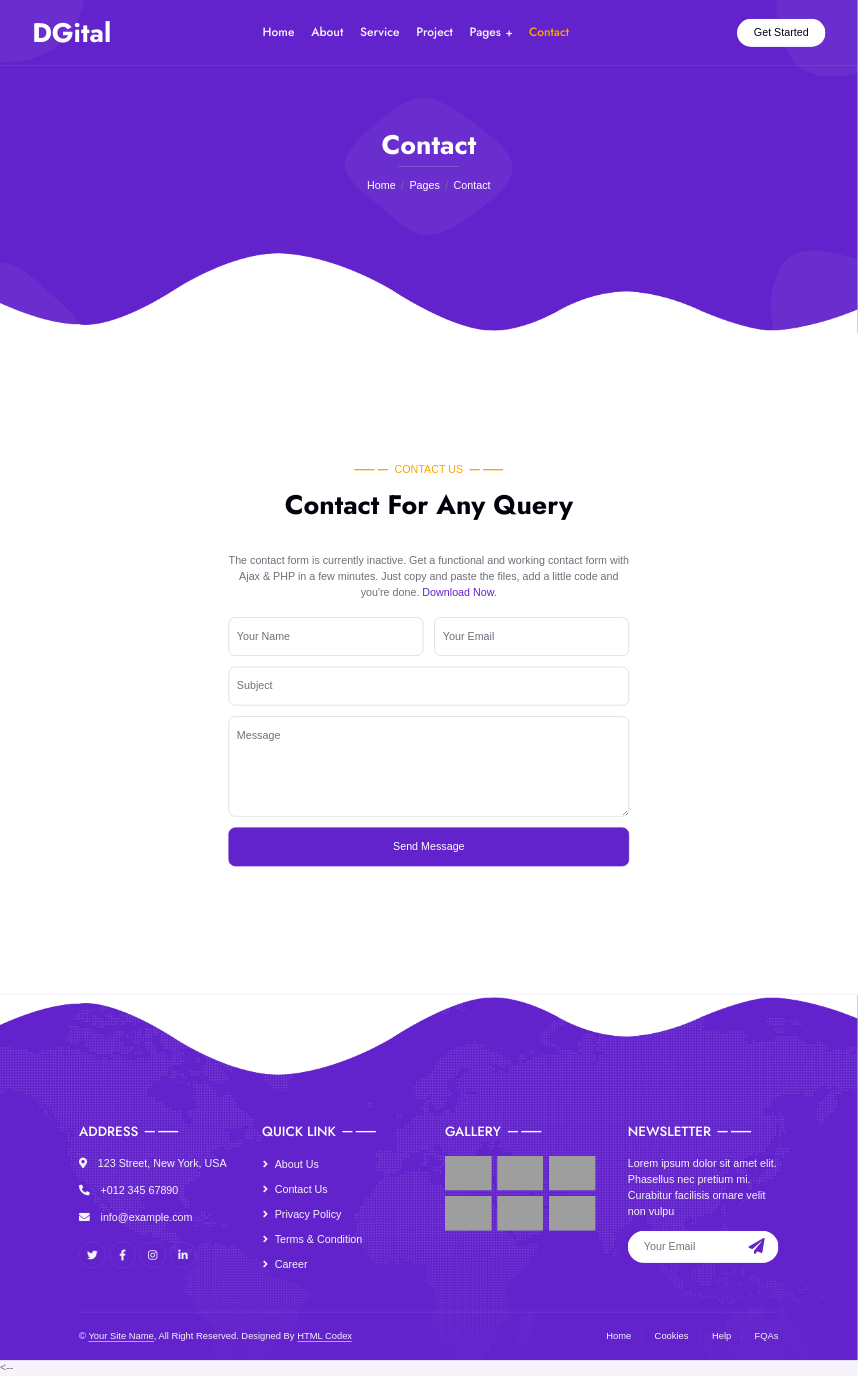
Repository: OluwajembolaO/AIcademia
Page: http://localhost/
An editor plug-in stored every save of this project. The page is shown before and after a run of saves, followed by the edit.
The browser window is 1280 px wide. The pictures show the whole page, at 67% of full size.
Pictures or frames that could not be fetched are drawn as grey boxes. Some web fonts or font styles are not loaded; a fallback is used. Some web libraries are served in a nearby version. The page is served by the project's application, run on Flask 3 (app.py).

Above is the page before, as saved 2024-07-20 14:06:07.

### templates/contact.html
<!DOCTYPE html>
<html lang="en">

<head>
    <meta charset="utf-8">
    <title>DGital - Digital Agency HTML Template</title>
    <meta content="width=device-width, initial-scale=1.0" name="viewport">
    <meta content="" name="keywords">
    <meta content="" name="description">

    <!-- Favicon -->
    <link href="img/favicon.ico" rel="icon">

    <!-- Google Web Fonts -->
    <link rel="preconnect" href="https://fonts.googleapis.com">
    <link rel="preconnect" href="https://fonts.gstatic.com" crossorigin>
    <link href="https://fonts.googleapis.com/css2?family=Heebo:wght@400;500&family=Jost:wght@500;600;700&display=swap" rel="stylesheet">

    <!-- Icon Font Stylesheet -->
    <link href="https://cdnjs.cloudflare.com/ajax/libs/font-awesome/5.10.0/css/all.min.css" rel="stylesheet">
    <link href="https://cdn.jsdelivr.net/npm/bootstrap-icons@1.4.1/font/bootstrap-icons.css" rel="stylesheet">

    <!-- Libraries Stylesheet -->
    <link href="{{ url_for('static', filename = 'css/lib/animate/animate.min.css')}}" rel="stylesheet">
    <link href="{{ url_for('static', filename = 'css/lib/owlcarousel/assets/owl.carousel.min.css')}}" rel="stylesheet">
    <link href="{{ url_for('static', filename = 'css/lib/lightbox/css/lightbox.min.css')}}" rel="stylesheet">

    <!-- Customized Bootstrap Stylesheet -->
    <link href="{{ url_for('static', filename = 'css/bootstrap.min.css') }}" rel="stylesheet">

    <!-- Template Stylesheet -->
    <link href="{{ url_for('static', filename = 'css/style.css')}}" rel="stylesheet">

</head>

<body>
    <div class="container-xxl bg-white p-0">
        <!-- Spinner Start -->
        <div id="spinner" class="show bg-white position-fixed translate-middle w-100 vh-100 top-50 start-50 d-flex align-items-center justify-content-center">
            <div class="spinner-grow text-primary" style="width: 3rem; height: 3rem;" role="status">
                <span class="sr-only">Loading...</span>
            </div>
        </div>
        <!-- Spinner End -->


        <!-- Navbar & Hero Start -->
        <div class="container-xxl position-relative p-0">
            <nav class="navbar navbar-expand-lg navbar-light px-4 px-lg-5 py-3 py-lg-0">
                <a href="" class="navbar-brand p-0">
                    <h1 class="m-0">DGital</h1>
                    <!-- <img src="img/logo.png" alt="Logo"> -->
                </a>
                <button class="navbar-toggler" type="button" data-bs-toggle="collapse" data-bs-target="#navbarCollapse">
                    <span class="fa fa-bars"></span>
                </button>
                <div class="collapse navbar-collapse" id="navbarCollapse">
                    <div class="navbar-nav mx-auto py-0">
                        <a href="index.html" class="nav-item nav-link">Home</a>
                        <a href="about.html" class="nav-item nav-link">About</a>
                        <a href="service.html" class="nav-item nav-link">Service</a>
                        <a href="project.html" class="nav-item nav-link">Project</a>
                        <div class="nav-item dropdown">
                            <a href="#" class="nav-link dropdown-toggle" data-bs-toggle="dropdown">Pages</a>
                            <div class="dropdown-menu m-0">
                                <a href="team.html" class="dropdown-item">Our Team</a>
                                <a href="testimonial.html" class="dropdown-item">Testimonial</a>
                                <a href="404.html" class="dropdown-item">404 Page</a>
                            </div>
                        </div>
                        <a href="contact.html" class="nav-item nav-link active">Contact</a>
                    </div>
                    <a href="" class="btn rounded-pill py-2 px-4 ms-3 d-none d-lg-block">Get Started</a>
                </div>
            </nav>

            <div class="container-xxl py-5 bg-primary hero-header">
                <div class="container my-5 py-5 px-lg-5">
                    <div class="row g-5 py-5">
                        <div class="col-12 text-center">
                            <h1 class="text-white animated slideInDown">Contact</h1>
                            <hr class="bg-white mx-auto mt-0" style="width: 90px;">
                            <nav aria-label="breadcrumb">
                                <ol class="breadcrumb justify-content-center">
                                    <li class="breadcrumb-item"><a class="text-white" href="#">Home</a></li>
                                    <li class="breadcrumb-item"><a class="text-white" href="#">Pages</a></li>
                                    <li class="breadcrumb-item text-white active" aria-current="page">Contact</li>
                                </ol>
                            </nav>
                        </div>
                    </div>
                </div>
            </div>
        </div>
        <!-- Navbar & Hero End -->


        <!-- Contact Start -->
        <div class="container-xxl py-5">
            <div class="container py-5 px-lg-5">
                <div class="wow fadeInUp" data-wow-delay="0.1s">
                    <p class="section-title text-secondary justify-content-center"><span></span>Contact Us<span></span></p>
                    <h1 class="text-center mb-5">Contact For Any Query</h1>
                </div>
                <div class="row justify-content-center">
                    <div class="col-lg-7">
                        <div class="wow fadeInUp" data-wow-delay="0.3s">
                            <p class="text-center mb-4">The contact form is currently inactive. Get a functional and working contact form with Ajax & PHP in a few minutes. Just copy and paste the files, add a little code and you're done. <a href="https://htmlcodex.com/contact-form">Download Now</a>.</p>
                            <form>
                                <div class="row g-3">
                                    <div class="col-md-6">
                                        <div class="form-floating">
                                            <input type="text" class="form-control" id="name" placeholder="Your Name">
                                            <label for="name">Your Name</label>
                                        </div>
                                    </div>
                                    <div class="col-md-6">
                                        <div class="form-floating">
                                            <input type="email" class="form-control" id="email" placeholder="Your Email">
                                            <label for="email">Your Email</label>
                                        </div>
                                    </div>
                                    <div class="col-12">
                                        <div class="form-floating">
                                            <input type="text" class="form-control" id="subject" placeholder="Subject">
                                            <label for="subject">Subject</label>
                                        </div>
                                    </div>
                                    <div class="col-12">
                                        <div class="form-floating">
                                            <textarea class="form-control" placeholder="Leave a message here" id="message" style="height: 150px"></textarea>
                                            <label for="message">Message</label>
                                        </div>
                                    </div>
                                    <div class="col-12">
                                        <button class="btn btn-primary w-100 py-3" type="submit">Send Message</button>
                                    </div>
                                </div>
                            </form>
                        </div>
                    </div>
                </div>
            </div>
        </div>
        <!-- Contact End -->


        <!-- Footer Start -->
        <div class="container-fluid bg-primary text-light footer wow fadeIn" data-wow-delay="0.1s">
            <div class="container py-5 px-lg-5">
                <div class="row g-5">
                    <div class="col-md-6 col-lg-3">
                        <p class="section-title text-white h5 mb-4">Address<span></span></p>
                        <p><i class="fa fa-map-marker-alt me-3"></i>123 Street, New York, USA</p>
                        <p><i class="fa fa-phone-alt me-3"></i>+012 345 67890</p>
                        <p><i class="fa fa-envelope me-3"></i>info@example.com</p>
                        <div class="d-flex pt-2">
                            <a class="btn btn-outline-light btn-social" href=""><i class="fab fa-twitter"></i></a>
                            <a class="btn btn-outline-light btn-social" href=""><i class="fab fa-facebook-f"></i></a>
                            <a class="btn btn-outline-light btn-social" href=""><i class="fab fa-instagram"></i></a>
                            <a class="btn btn-outline-light btn-social" href=""><i class="fab fa-linkedin-in"></i></a>
                        </div>
                    </div>
                    <div class="col-md-6 col-lg-3">
                        <p class="section-title text-white h5 mb-4">Quick Link<span></span></p>
                        <a class="btn btn-link" href="">About Us</a>
                        <a class="btn btn-link" href="">Contact Us</a>
                        <a class="btn btn-link" href="">Privacy Policy</a>
                        <a class="btn btn-link" href="">Terms & Condition</a>
                        <a class="btn btn-link" href="">Career</a>
                    </div>
                    <div class="col-md-6 col-lg-3">
                        <p class="section-title text-white h5 mb-4">Gallery<span></span></p>
                        <div class="row g-2">
                            <div class="col-4">
                                <img class="img-fluid" src="img/portfolio-1.jpg" alt="Image">
                            </div>
                            <div class="col-4">
                                <img class="img-fluid" src="img/portfolio-2.jpg" alt="Image">
                            </div>
                            <div class="col-4">
                                <img class="img-fluid" src="img/portfolio-3.jpg" alt="Image">
                            </div>
                            <div class="col-4">
                                <img class="img-fluid" src="img/portfolio-4.jpg" alt="Image">
                            </div>
                            <div class="col-4">
                                <img class="img-fluid" src="img/portfolio-5.jpg" alt="Image">
                            </div>
                            <div class="col-4">
                                <img class="img-fluid" src="img/portfolio-6.jpg" alt="Image">
                            </div>
                        </div>
                    </div>
                    <div class="col-md-6 col-lg-3">
                        <p class="section-title text-white h5 mb-4">Newsletter<span></span></p>
                        <p>Lorem ipsum dolor sit amet elit. Phasellus nec pretium mi. Curabitur facilisis ornare velit non vulpu</p>
                        <div class="position-relative w-100 mt-3">
                            <input class="form-control border-0 rounded-pill w-100 ps-4 pe-5" type="text" placeholder="Your Email" style="height: 48px;">
                            <button type="button" class="btn shadow-none position-absolute top-0 end-0 mt-1 me-2"><i class="fa fa-paper-plane text-primary fs-4"></i></button>
                        </div>
                    </div>
                </div>
            </div>
            <div class="container px-lg-5">
                <div class="copyright">
                    <div class="row">
                        <div class="col-md-6 text-center text-md-start mb-3 mb-md-0">
                            &copy; <a class="border-bottom" href="#">Your Site Name</a>, All Right Reserved.

							<!--/*** This template is free as long as you keep the footer author’s credit link/attribution link/backlink. If you'd like to use the template without the footer author’s credit link/attribution link/backlink, you can purchase the Credit Removal License from "https://htmlcodex.com/credit-removal". Thank you for your support. ***/-->
							Designed By <a class="border-bottom" href="https://htmlcodex.com">HTML Codex</a>
                        </div>
                        <div class="col-md-6 text-center text-md-end">
                            <div class="footer-menu">
                                <a href="">Home</a>
                                <a href="">Cookies</a>
                                <a href="">Help</a>
                                <a href="">FQAs</a>
                            </div>
                        </div>
                    </div>
                </div>
            </div>
        </div>
        <!-- Footer End -->


        <!-- Back to Top -->
        <a href="#" class="btn btn-lg btn-secondary btn-lg-square back-to-top"><i class="bi bi-arrow-up"></i></a>
    </div>

    <!-- JavaScript Libraries -->
    <script src="https://code.jquery.com/jquery-3.4.1.min.js"></script>
    <script src="https://cdn.jsdelivr.net/npm/bootstrap@5.0.0/dist/js/bootstrap.bundle.min.js"></script>
    <--<script src="lib/wow/wow.min.js"></script>
    <script src="lib/easing/easing.min.js"></script>
    <script src="lib/waypoints/waypoints.min.js"></script>
    <script src="lib/counterup/counterup.min.js"></script>
    <script src="lib/owlcarousel/owl.carousel.min.js"></script>
    <script src="lib/isotope/isotope.pkgd.min.js"></script>
    <script src="lib/lightbox/js/lightbox.min.js"></script>

    <!-- Template Javascript -->
    <script src="js/main.js"></script>
</body>

</html>

### app.py
from flask import Flask, render_template, redirect, url_for
from flask_sqlalchemy import SQLAlchemy
from datetime import datetime

app = Flask(__name__)
app.config['SQLALCHEMY_DATABASE_URI'] = 'sqlite:///database.db'
db = SQLAlchemy(app)

class User(db.Model):
    id = db.Column(db.Integer, primary_key = True)
    name = db.Column(db.String(200), nullable = False)
    email = db.Column(db.String(200), nullable = False, unique = True)
    date_added = db.Column(db.DateTime, default = datetime.utcnow)
    password = db.Column(db.String(50), nullable = False)


@app.route('/contact')
def index():
    return render_template('index.html')

@app.route('/error')
def error():
    return render_template('404.html')

@app.route('/about')
def about():
    return render_template('about.html')

@app.route('/')
def contact():
    return render_template('contact.html')

@app.route('/project')
def project():
    return render_template('project.html')

@app.route('/service')
def service():
    return render_template('service.html')

@app.route('/team')
def team():
    return render_template('team.html')

@app.route('/testimonial')
def testimonial():
    return render_template('testimonial.html')



if __name__ == '__main__':
    app.run(debug = True)

Loaded but not shown: static/css/bootstrap.min.css (library); static/css/animate/animate.min.css (library); static/css/assets/owl.carousel.min.css (common file); static/css/lightbox/lightbox.min.css (common file); static/js/wow/wow.min.js (library); static/js/easing/easing.min.js (common file); static/js/waypoints/waypoints.min.js (library); static/js/counterup/counterup.min.js (common file); static/js/owlcarousel/owl.carousel.min.js (library); static/js/isotope/isotope.pkgd.min.js (library); static/js/lightbox/lightbox.min.js (library); static/js/main.js (93 lines, source omitted); static/css/style.css (591 lines, source omitted)

After the next 2 saves:
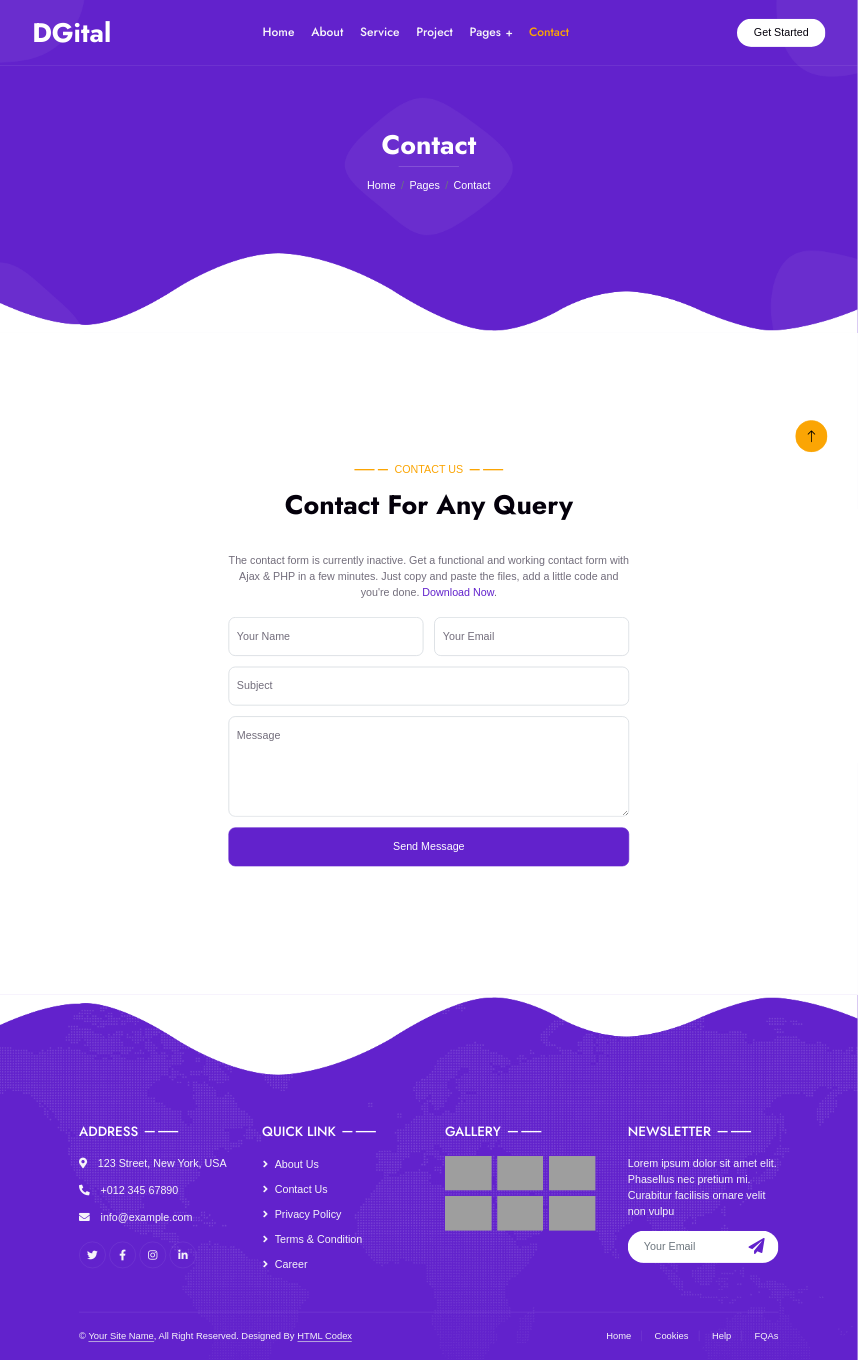
Console error: ReferenceError: WOW is not defined
The 2 saves are shown as one change because they came seconds apart.
The last was saved 5 s later.
--- a/templates/contact.html
+++ b/templates/contact.html
@@ -233,13 +233,13 @@
     <!-- JavaScript Libraries -->
     <script src="https://code.jquery.com/jquery-3.4.1.min.js"></script>
     <script src="https://cdn.jsdelivr.net/npm/bootstrap@5.0.0/dist/js/bootstrap.bundle.min.js"></script>
-    <--<script src="lib/wow/wow.min.js"></script>
+    <!--<script src="lib/wow/wow.min.js"></script>
     <script src="lib/easing/easing.min.js"></script>
     <script src="lib/waypoints/waypoints.min.js"></script>
     <script src="lib/counterup/counterup.min.js"></script>
     <script src="lib/owlcarousel/owl.carousel.min.js"></script>
     <script src="lib/isotope/isotope.pkgd.min.js"></script>
-    <script src="lib/lightbox/js/lightbox.min.js"></script>
+    <script src="lib/lightbox/js/lightbox.min.js"></script>-->
 
     <!-- Template Javascript -->
     <script src="js/main.js"></script>

After the save that followed:
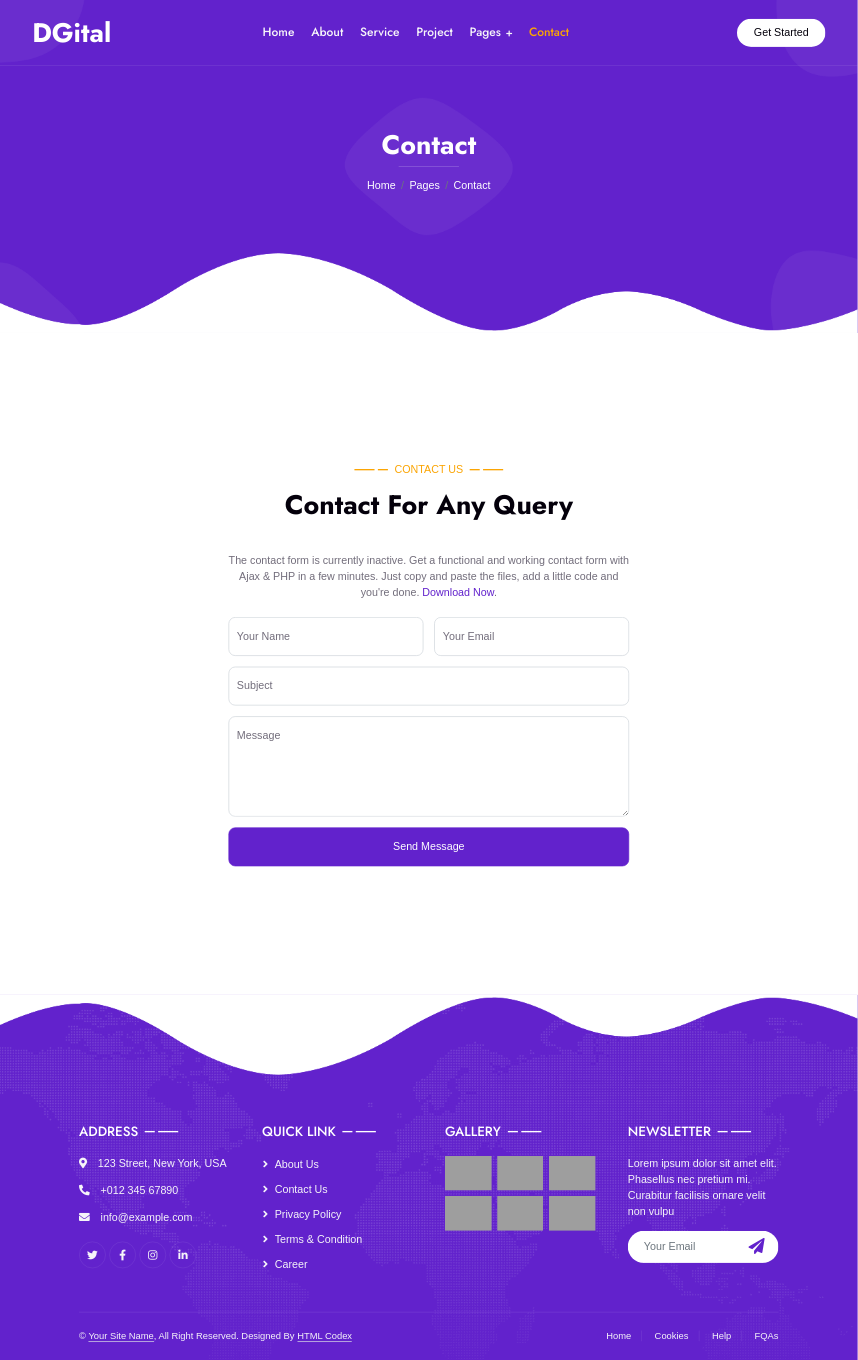
The error is gone.
Saved 8 s later.
--- a/templates/contact.html
+++ b/templates/contact.html
@@ -240,7 +240,13 @@
     <script src="lib/owlcarousel/owl.carousel.min.js"></script>
     <script src="lib/isotope/isotope.pkgd.min.js"></script>
     <script src="lib/lightbox/js/lightbox.min.js"></script>-->
-
+    <script src="lib/wow/wow.min.js"></script>
+    <script src="lib/easing/easing.min.js"></script>
+    <script src="lib/waypoints/waypoints.min.js"></script>
+    <script src="lib/counterup/counterup.min.js"></script>
+    <script src="lib/owlcarousel/owl.carousel.min.js"></script>
+    <script src="lib/isotope/isotope.pkgd.min.js"></script>
+    <script src="lib/lightbox/js/lightbox.min.js"></script>
     <!-- Template Javascript -->
     <script src="js/main.js"></script>
 </body>
